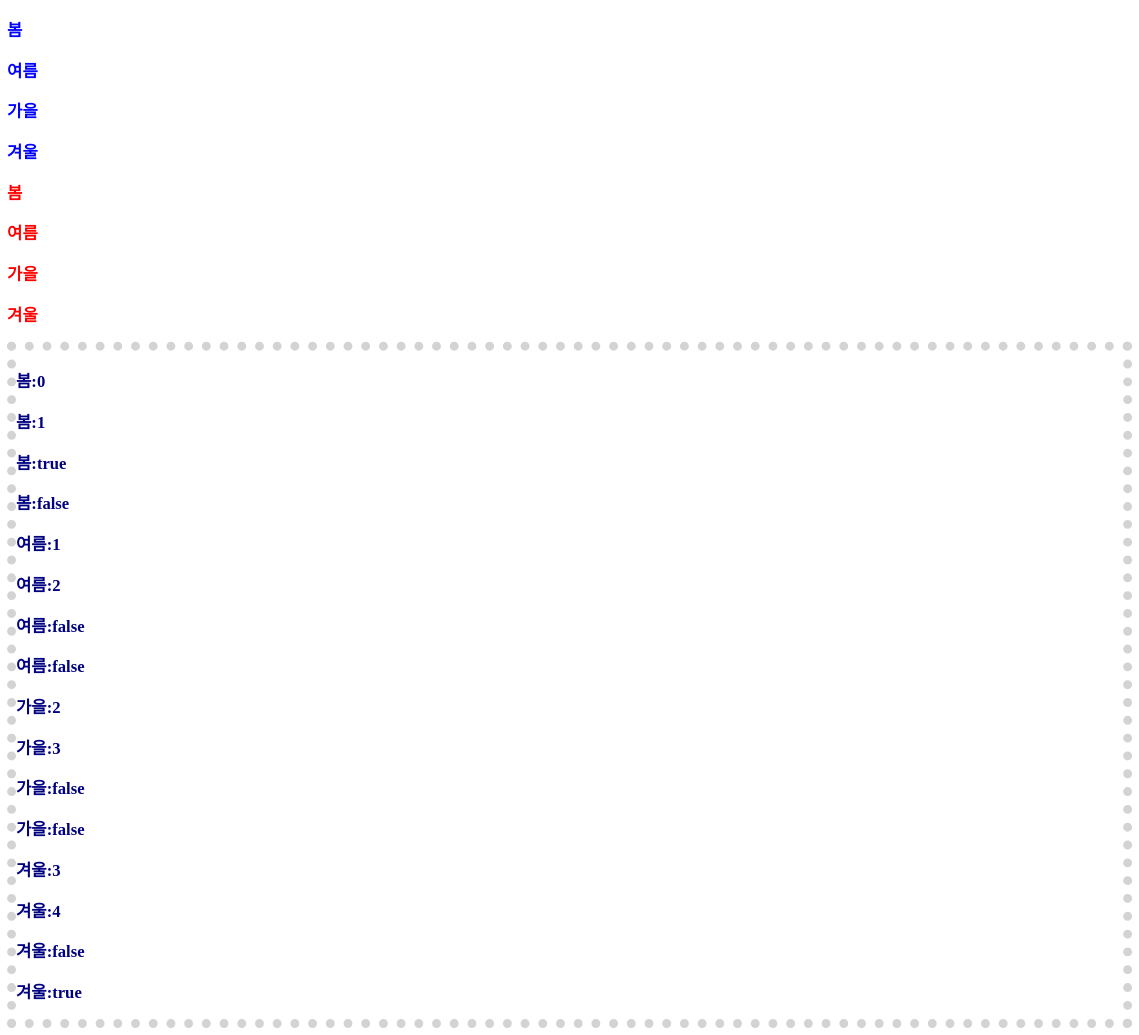
Repository: UnibusK/Java-Study
Page: http://localhost/JSP31/
These files come from the project's save history. The page is drawn as it stood at one moment and after the next save; the edit follows.
The browser window is 1280 px wide. The pictures show the whole page, at 89% of full size.
The page is served by Tomcat 9.

Above is the page before, as saved 2023-12-07 06:08:44.

### JSP/JSP31/src/main/webapp/index.jsp
<%@ page language="java" contentType="text/html; charset=UTF-8"
    pageEncoding="UTF-8"%>
<%@ taglib uri="http://java.sun.com/jsp/jstl/core" prefix="c" %>
<!DOCTYPE html>
<html>
	<head>
		<meta charset="UTF-8">
		<title>JSTL 반복문(for문)</title>
	</head>
	<body>
		<%
			String[] season={"봄", "여름", "가을", "겨울"};
			//일반 for문 방식
			for(int i=0; i<season.length; i++){
				out.print("<h3 style='color:blue';>"+season[i]+"</h3>");
			}

			//향상된 for문(improved for)
			for(String str:season){
				%><h3 style='color:red;'><%=str %></h3><%
			}
			pageContext.setAttribute("arr",season);
		%>
		<!-- varStatus : JSTL forEach가 가동되는 동안 var 변수의 상태를 저장해둔 객체 -->
		<!-- varStatue.index : 0번부터 length-1까지 존재하는 고유 번호 배열번호-->
		<!-- varStatue.count : 반복 횟수를 알려주는 필드, 1부터 시작 -->
		<!-- varStatue.first : 최초의 데이터 인지를 판별, 값은 boolean을 가지고 있음 -->
		<!-- varStatue.last : 최후의 데이터 인지를 판별, 값은 boolean을 갖고 있음 -->
		<c:forEach var="str" items="${arr }" varStatus="iter">
			<c:if test="${iter.first }">
				<div style="border:10px dotted lightgray;">
			</c:if>
			<!-- index -->
			<h3 style='color:navy;'>${str }:${iter.index }</h3>
			<!-- count -->
			<h3 style='color:navy;'>${str }:${iter.count }</h3>
			<!-- first -->
			<h3 style='color:navy;'>${str }:${iter.first }</h3>
			<!-- last -->
			<h3 style='color:navy;'>${str }:${iter.last }</h3>
			<c:if test="${iter.last }">
				</div>
			</c:if>
		</c:forEach>
	</body>
</html>

After the next save:
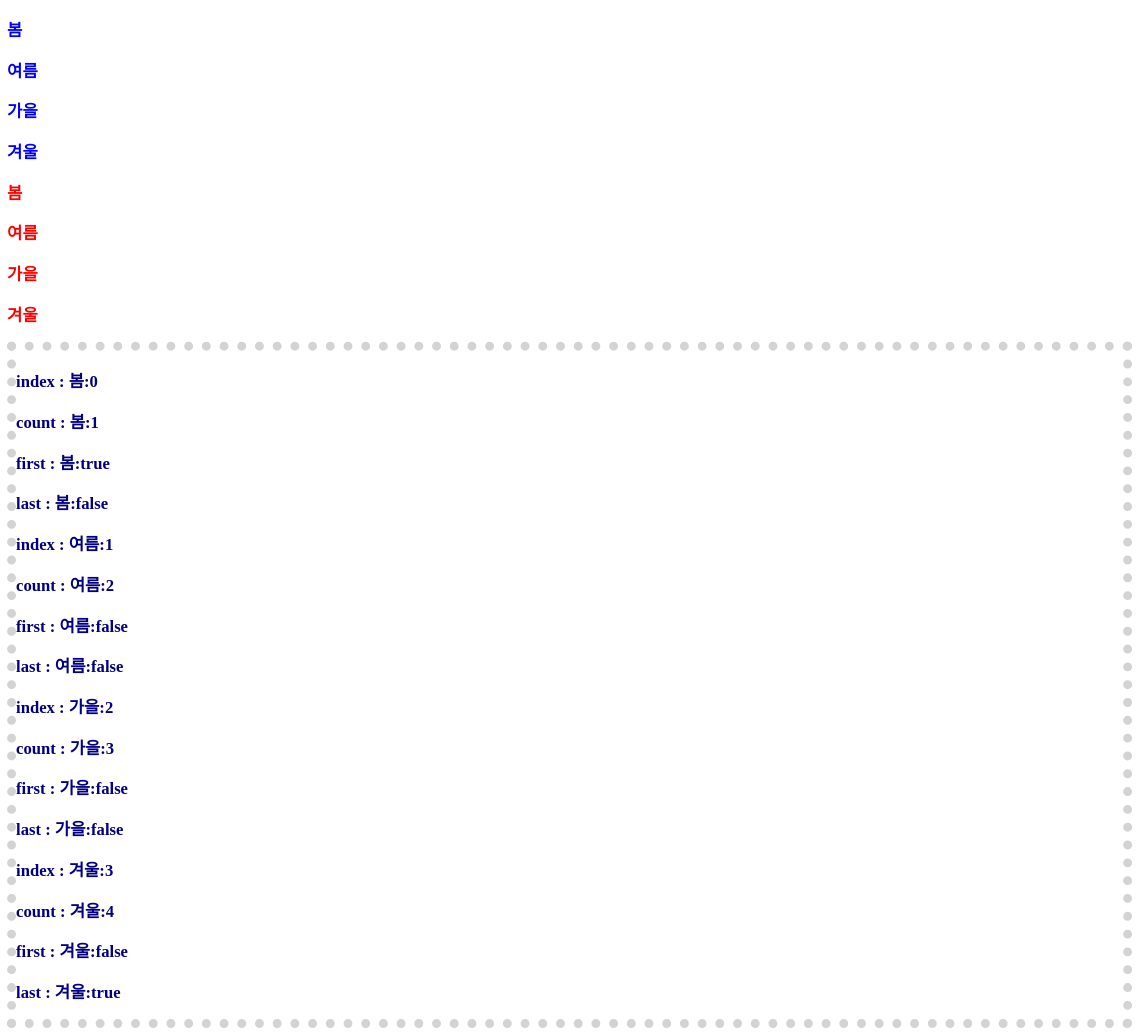
Saved 32 s later.
--- a/JSP/JSP31/src/main/webapp/index.jsp
+++ b/JSP/JSP31/src/main/webapp/index.jsp
@@ -31,13 +31,13 @@
 				<div style="border:10px dotted lightgray;">
 			</c:if>
 			<!-- index -->
-			<h3 style='color:navy;'>${str }:${iter.index }</h3>
+			<h3 style='color:navy;'>index : ${str }:${iter.index }</h3>
 			<!-- count -->
-			<h3 style='color:navy;'>${str }:${iter.count }</h3>
+			<h3 style='color:navy;'>count : ${str }:${iter.count }</h3>
 			<!-- first -->
-			<h3 style='color:navy;'>${str }:${iter.first }</h3>
+			<h3 style='color:navy;'>first : ${str }:${iter.first }</h3>
 			<!-- last -->
-			<h3 style='color:navy;'>${str }:${iter.last }</h3>
+			<h3 style='color:navy;'>last : ${str }:${iter.last }</h3>
 			<c:if test="${iter.last }">
 				</div>
 			</c:if>
